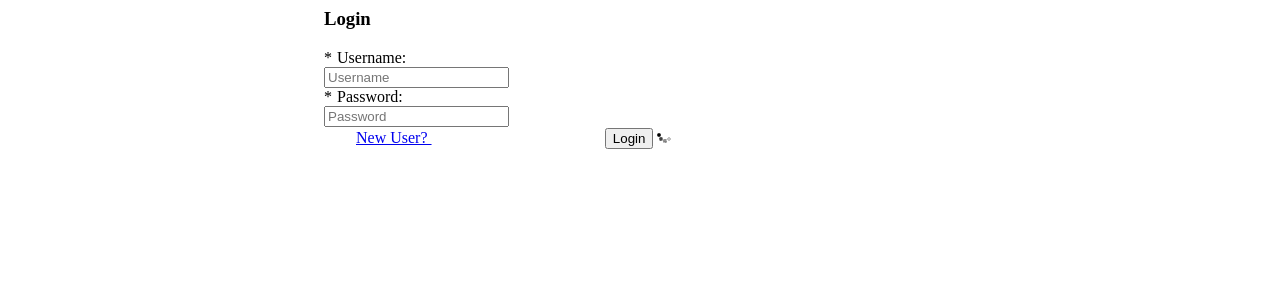
Repository: SUPRIGA/SecondProject
Page: CollaborationFrontEnd/src/main/webapp/user/login.html
An editor plug-in stored every save of this project. The page is shown before and after the next save, followed by the edit.
The browser window is 1280 px wide. The pictures show the whole page.

Above is the page before, as saved 2017-01-12 05:11:32.

### CollaborationFrontEnd/src/main/webapp/user/login.html

     <!-- <form ng-submit="vm.login()" method="post" style="margin-left: 25%;" name="myForm">
     <h2 style="margin-bottom: 0em;">Login Here</h2>
     <section class="content bgcolor-1" style="margin-top: -3em;">
					<span class="input input--nao" style="margin-top: 0em;">
					<input class="input__field input__field--nao" type="text" id="userName" name="userName" ng-model="vm.userName" />
					<label class="input__label input__label--nao" for="userName">
						<span class="input__label-content input__label-content--nao">Username</span>
					</label>
					<svg class="graphic graphic--nao" width="300%" height="100%" viewBox="0 0 1200 60" preserveAspectRatio="none">
						<path d="M0,56.5c0,0,298.666,0,399.333,0C448.336,56.5,513.994,46,597,46c77.327,0,135,10.5,200.999,10.5c95.996,0,402.001,0,402.001,0"/>
					</svg>
				</span><br>

     			<span class="input input--nao" style="margin-top: 0em;">
					<input class="input__field input__field--nao" type="password" id="passWord" name="passWord" ng-model="vm.passWord" />
					<label class="input__label input__label--nao" for="passWord">
						<span class="input__label-content input__label-content--nao">Password</span>
					</label>
					<svg class="graphic graphic--nao" width="300%" height="100%" viewBox="0 0 1200 60" preserveAspectRatio="none">
						<path d="M0,56.5c0,0,298.666,0,399.333,0C448.336,56.5,513.994,46,597,46c77.327,0,135,10.5,200.999,10.5c95.996,0,402.001,0,402.001,0"/>
					</svg>
				</span><br>
				{{message}}
				<div class="row">
				<span class="input input--nao" style="margin-top: -1em; margin-left: 2em;">
				<a href="#register"> New User? </a>
				<input type="submit" name="submit" value="Login" class="btn btn-success" style="margin-left: 13em;" ng-disabled="myForm.$invalid">
				  <img ng-if="vm.dataLoading" src="data:[embedded picture, 922 characters]" />
				</span>

				</div>
     		</section>
     </form> -->



		<form ng-submit="vm.login()" method="post" style="margin-left: 25%;" name="myForm">

					<div class="panel-heading">
						<h3 class="panel-title">Login</h3>
					</div>
					<div class="panel-body">
						 <form accept-charset="UTF-8" role="form" action="loginpage" method="post">

						 <div class="row">
                        <div class="form-group col-xs-12">
                    <label for="user_name"><span class="text-danger" style="margin-right:5px;">*</span>Username:</label>
                        <div class="input-group">
                            <input class="form-control"type="text" id="userName" name="userName" ng-model="vm.userName" placeholder="Username" required/>
                            <span class="input-group-btn">
                                <label class="btn btn-primary"><span class="glyphicon glyphicon-user" aria-hidden="true"></label>
                            </span>
                            </span>
                        </div>
                    </div>
                </div>

                <!-- Content Field -->
                <div class="row">
                    <div class="form-group col-xs-12">
                        <label for="password"><span class="text-danger" style="margin-right:5px;">*</span>Password:</label>
                        <div class="input-group">
                            <input class="form-control"  type="password" id="passWord" name="passWord" ng-model="vm.passWord" placeholder="Password" required/>
                            <span class="input-group-btn">
                                <label class="btn btn-primary"><span class="glyphicon glyphicon-lock" aria-hidden="true"></label>
                            </span>

                        </div>
                    </div>
                </div>
                <div class="row">
				<span class="input input--nao" style="margin-top: -1em; margin-left: 2em;">
				<a href="#register"> New User? </a>
				<input type="submit" name="submit" value="Login" class="btn btn-success" style="margin-left: 13em;" ng-disabled="myForm.$invalid">
				  <img ng-if="vm.dataLoading" src="data:[embedded picture, 922 characters]" />
				</span>

				</div>
					</div>

			</form>


     <!-- /container -->
		<script src="js/classie.js"></script>
		<script>
			(function() {
				// trim polyfill : https://developer.mozilla.org/en-US/docs/Web/JavaScript/Reference/Global_Objects/String/Trim
				if (!String.prototype.trim) {
					(function() {
						// Make sure we trim BOM and NBSP
						var rtrim = /^[\s\uFEFF\xA0]+|[\s\uFEFF\xA0]+$/g;
						String.prototype.trim = function() {
							return this.replace(rtrim, '');
						};
					})();
				}

				[].slice.call( document.querySelectorAll( 'input.input__field' ) ).forEach( function( inputEl ) {
					// in case the input is already filled..
					if( inputEl.value.trim() !== '' ) {
						classie.add( inputEl.parentNode, 'input--filled' );
					}

					// events:
					inputEl.addEventListener( 'focus', onInputFocus );
					inputEl.addEventListener( 'blur', onInputBlur );
				} );

				function onInputFocus( ev ) {
					classie.add( ev.target.parentNode, 'input--filled' );
				}

				function onInputBlur( ev ) {
					if( ev.target.value.trim() === '' ) {
						classie.remove( ev.target.parentNode, 'input--filled' );
					}
				}
			})();
		</script>

### CollaborationFrontEnd/src/main/webapp/js/classie.js
/*!
 * classie - class helper functions
 * from bonzo https://github.com/ded/bonzo
 *
 * classie.has( elem, 'my-class' ) -> true/false
 * classie.add( elem, 'my-new-class' )
 * classie.remove( elem, 'my-unwanted-class' )
 * classie.toggle( elem, 'my-class' )
 */

/*jshint browser: true, strict: true, undef: true */
/*global define: false */

( function( window ) {

'use strict';

// class helper functions from bonzo https://github.com/ded/bonzo

function classReg( className ) {
  return new RegExp("(^|\\s+)" + className + "(\\s+|$)");
}

// classList support for class management
// altho to be fair, the api sucks because it won't accept multiple classes at once
var hasClass, addClass, removeClass;

if ( 'classList' in document.documentElement ) {
  hasClass = function( elem, c ) {
    return elem.classList.contains( c );
  };
  addClass = function( elem, c ) {
    elem.classList.add( c );
  };
  removeClass = function( elem, c ) {
    elem.classList.remove( c );
  };
}
else {
  hasClass = function( elem, c ) {
    return classReg( c ).test( elem.className );
  };
  addClass = function( elem, c ) {
    if ( !hasClass( elem, c ) ) {
      elem.className = elem.className + ' ' + c;
    }
  };
  removeClass = function( elem, c ) {
    elem.className = elem.className.replace( classReg( c ), ' ' );
  };
}

function toggleClass( elem, c ) {
  var fn = hasClass( elem, c ) ? removeClass : addClass;
  fn( elem, c );
}

var classie = {
  // full names
  hasClass: hasClass,
  addClass: addClass,
  removeClass: removeClass,
  toggleClass: toggleClass,
  // short names
  has: hasClass,
  add: addClass,
  remove: removeClass,
  toggle: toggleClass
};

// transport
if ( typeof define === 'function' && define.amd ) {
  // AMD
  define( classie );
} else {
  // browser global
  window.classie = classie;
}

})( window );

After the next save:
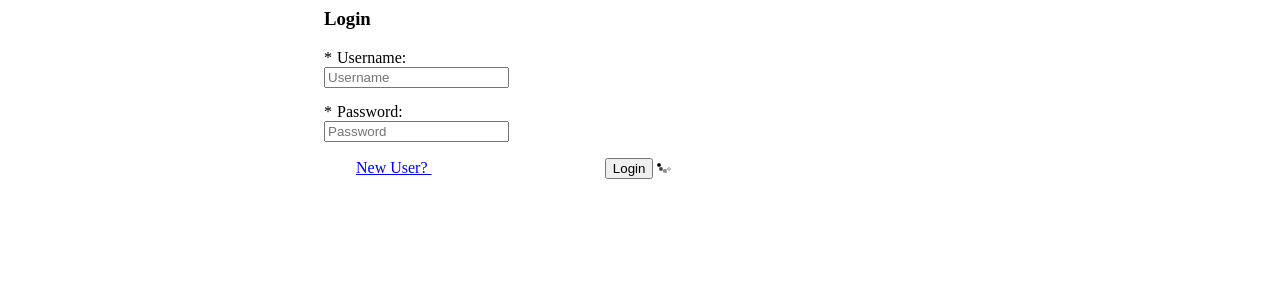
Saved 4 min 5 s later.
--- a/CollaborationFrontEnd/src/main/webapp/user/login.html
+++ b/CollaborationFrontEnd/src/main/webapp/user/login.html
@@ -33,7 +33,14 @@
      		</section>
      </form> -->
 
-
+  <style>
+.form-group {
+    margin-bottom: 15px;
+}
+.col-xs-12 {
+    width: 50%;
+}
+</style>
 
 		<form ng-submit="vm.login()" method="post" style="margin-left: 25%;" name="myForm">
 
